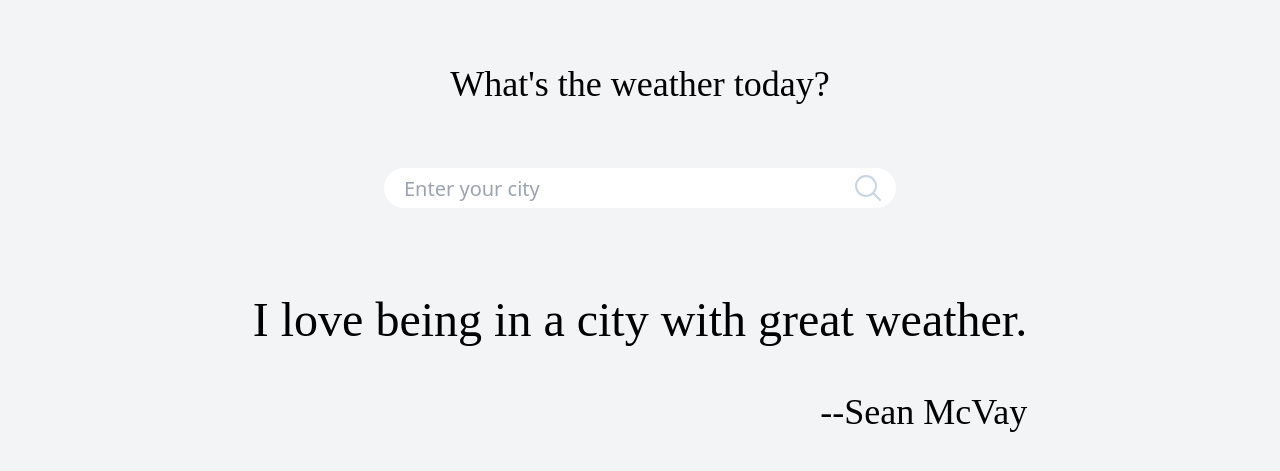
Repository: Tiaanz/Weather-App
Page: /
The author's editor kept a copy of each file at every save. The page is drawn from the files as they stood at one save, then again after a run of saves.
The browser window is 1280 px wide. The pictures show the whole page.
The project was rebuilt for these pictures with package versions that can differ from the ones it lists, and the page was loaded fresh each time.

Above is the page before, as saved 2023-03-05 20:53:39.

After the next 2 saves:
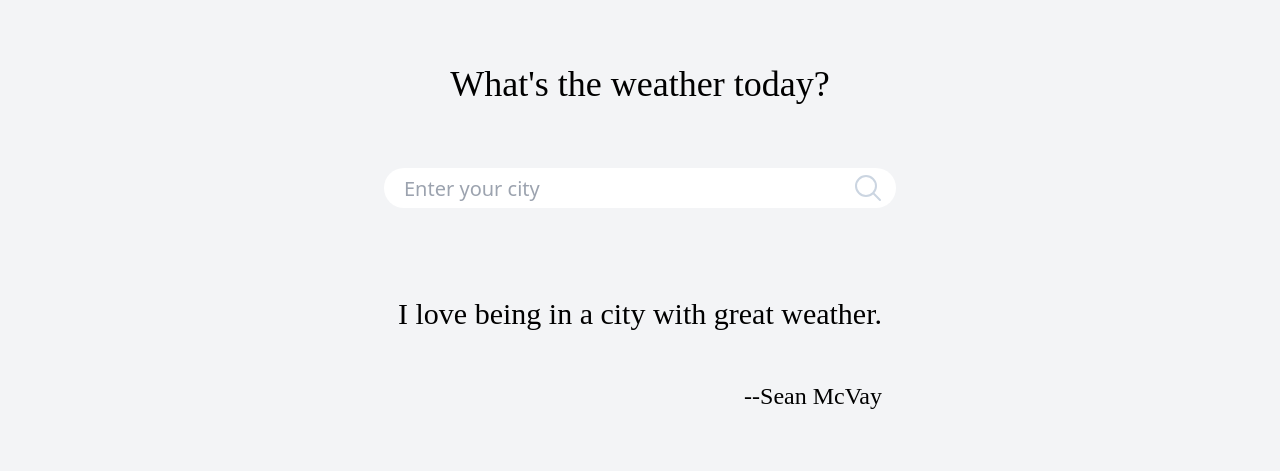
The 2 saves are shown as one change because they came seconds apart.
The last was saved 46 s later.
--- a/src/components/Quote.jsx
+++ b/src/components/Quote.jsx
@@ -19,8 +19,8 @@
 
   return (
     <div className="my-10 px-10 w-3/4 sm:w-3/5 md:w-2/4 lg:w-2/5 min-w-fit font-quote">
-    <p className="text-5xl my-12 text-center">{quote}</p>
-    <p className="text-4xl text-right">--{author}</p>
+    <p className="text-3xl my-12 text-center">{quote}</p>
+    <p className="text-2xl text-right">--{author}</p>
     </div>
   )
 }
